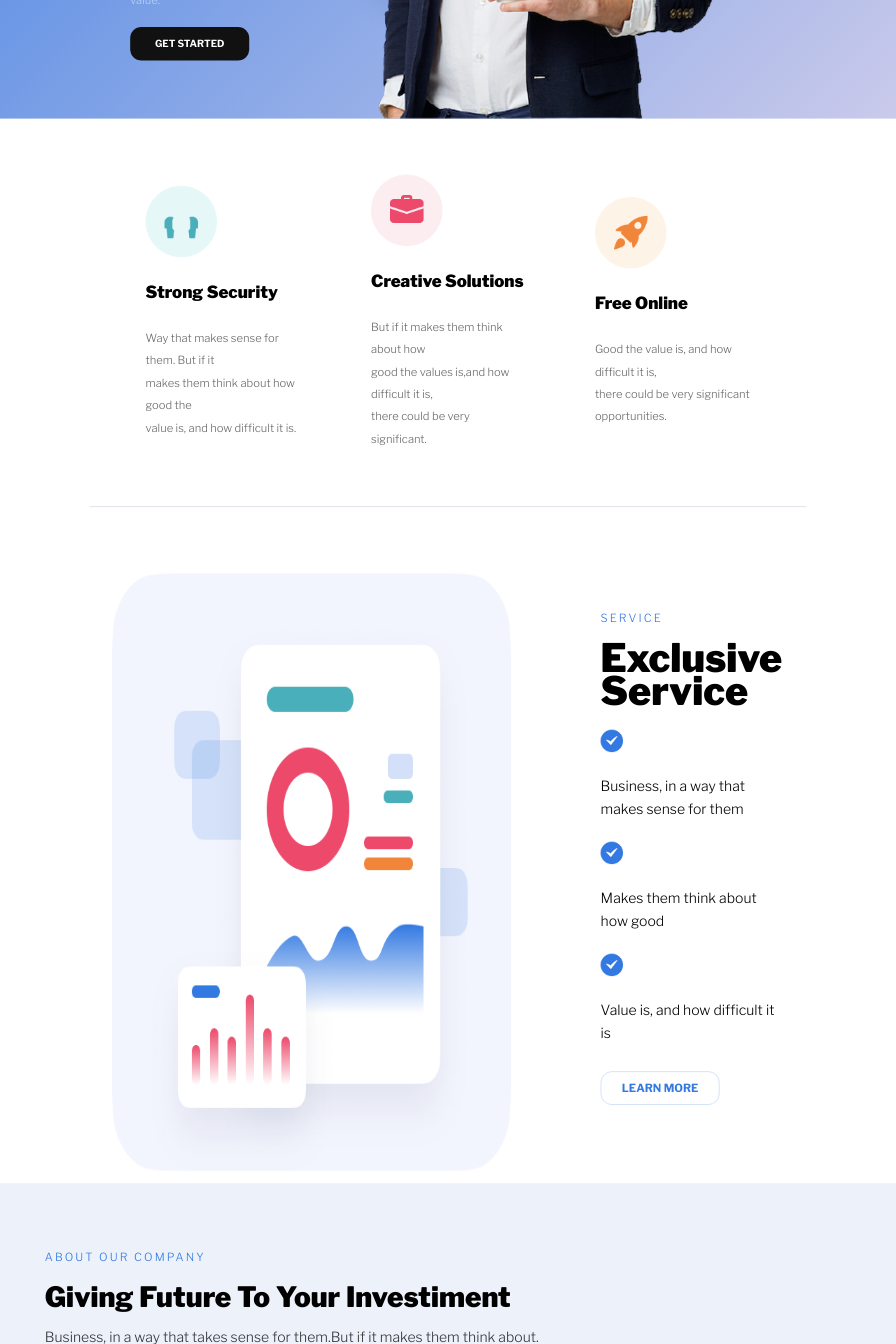
Repository: juniorAntunes910/Make-Money-Design-Avaliacao
Page: index.html
These files come from the project's save history. The page is drawn as it stood at one moment and after the next save; the edit follows.
The browser window is 1280 px wide. The pictures show the part of the page from y = 858 to 2778 px (the page is 8586 px tall before and 8618 px after), at 70% of full size.

Above is the page before, as saved 2026-03-13 12:08:30.

After the next save:
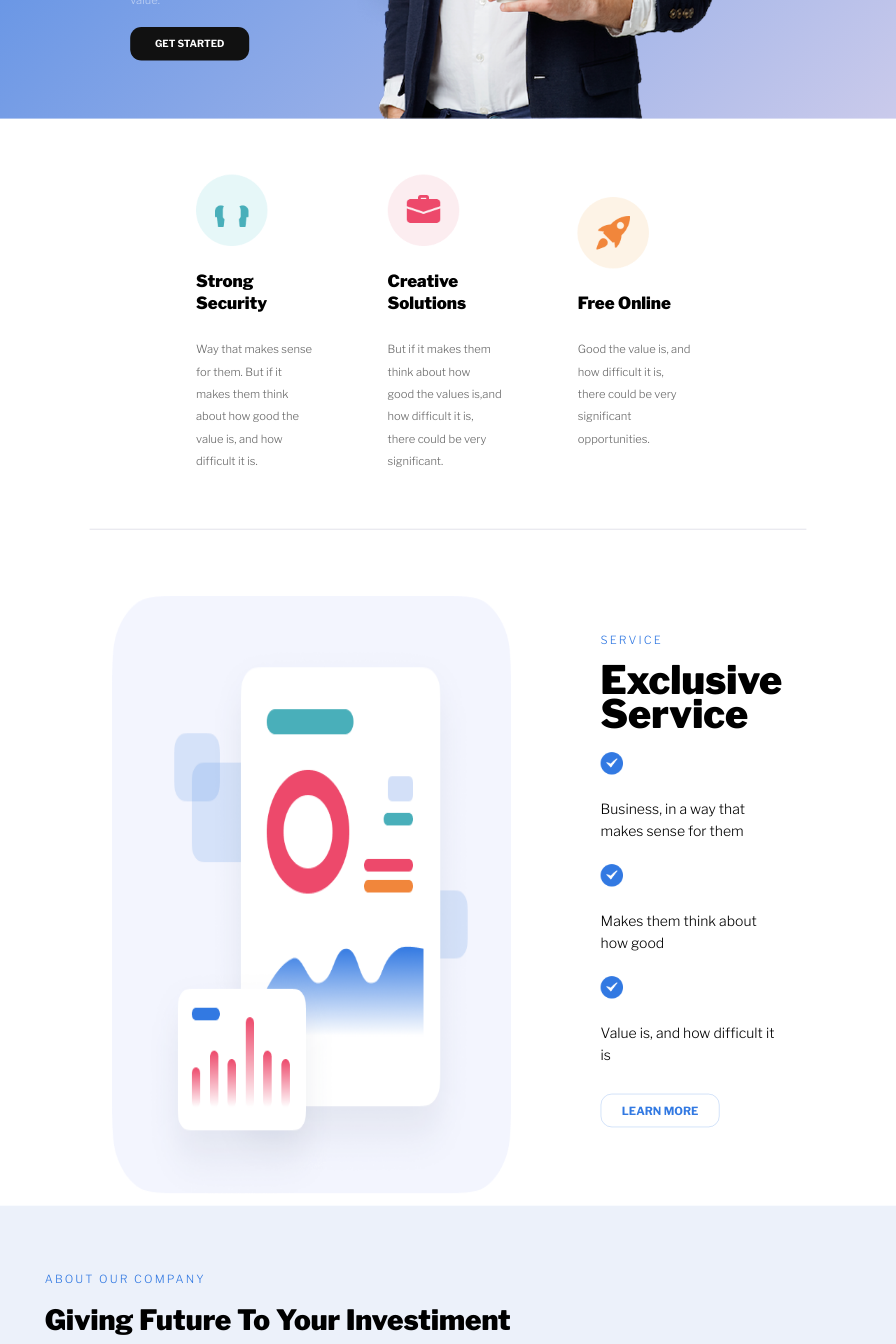
Saved 11 s later.
--- a/index.html
+++ b/index.html
@@ -76,7 +76,7 @@
             </section>
     </div>
 
-    <section id="main-content" class="container">
+    <section id="main-content" class="container container-desktop">
 
         <div id="main-content-cards" class="container container-desktop"><!--Estou usando como um container/box de cards-->
 
